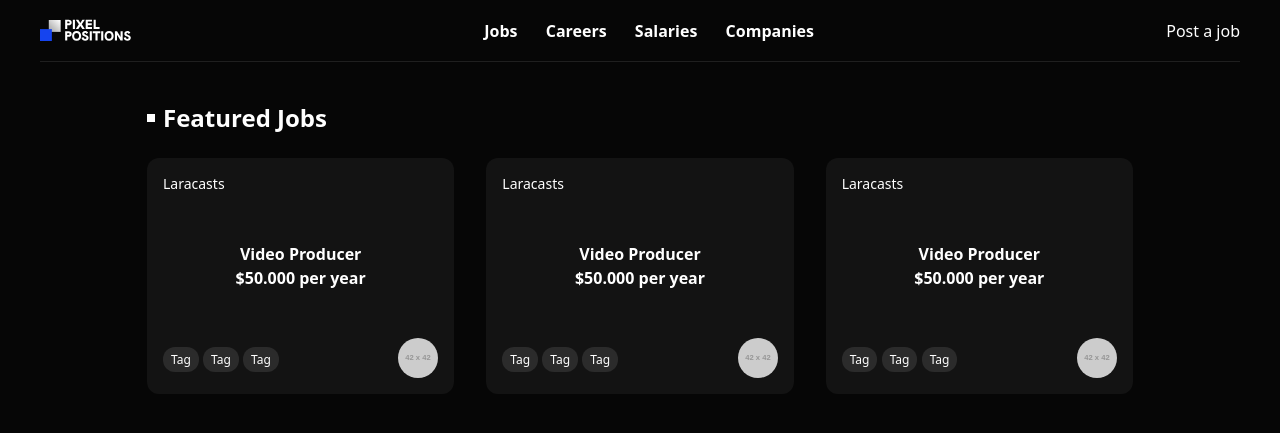
Repository: aggepap/pixel-positions-laravel
Page: http://localhost/
An editor plug-in stored every save of this project. The page is shown before and after the next save, followed by the edit.
The browser window is 1280 px wide. The pictures show the whole page.
The page is served by the project's Laravel application, run on PHP 8.4 with Laravel 12. Other server files are loaded and not shown. Style sheets and scripts are compiled from the project's sources, by tool versions that may differ from the author's.

Above is the page before, as saved 2025-02-21 20:46:22.

### resources/views/welcome.blade.php
<x-layout>
    <section>
      <x-section-heading>Featured Jobs</x-section-heading>
        <div class="grid lg:grid-cols-3 gap-8 mt-6">   <x-job-card />
            <x-job-card />
            <x-job-card />
        </div>

    </section>
</x-layout>

### resources/views/components/section-heading.blade.php
<div class="inline-flex items-center gap-2">
  <span class="w-2 h-2 bg-white inline-block"  ></span>
<h3 class="text-2xl font-bold">

  {{$slot}}</h3></div>

### resources/views/components/job-card.blade.php
<div class=" p-4 bg-white/5 rounded-xl flex flex-col gap-4 text-center">

  <div class="self-start text-sm">Laracasts</div>
  <div class="py-8 font-bold"><h3>Video Producer</h3>
  <p>$50.000 per year</p></div>
  <div class="flex justify-between items-center mt-auto">
      <div class="">
      <a href="#" class="bg-white/10 px-2 py-1 rounded-xl text-xs hover:bg-white/25 transition-colors duration-300">Tag</a>
      <a href="#" class="bg-white/10 px-2 py-1 rounded-xl text-xs hover:bg-white/25 transition-colors duration-300">Tag</a>
      <a href="#" class="bg-white/10 px-2 py-1 rounded-xl text-xs hover:bg-white/25 transition-colors duration-300">Tag</a>

  </div>
      <img src="https://placehold.co/42" alt="" class="w-10 h-10 rounded-full">
  </div>
</div>

### resources/views/components/layout.blade.php
<!DOCTYPE html>
<html lang="en">
<head>
  <meta charset="UTF-8">
  <meta name="viewport" content="width=device-width, initial-scale=1.0">
  <title>Pixel Positions</title>
  @vite(['resources/js/app.js', 'resources/css/app.css'])
</head>
<body class="bg-black text-white">
  <div class="px-10">
    <nav class="flex justify-between items-center py-4 border-b border-white/10">
      <div class="">
        <a href="/"> <img src="{{Vite::asset('resources/images/logo.svg')}}" alt="Logo"></a>

      </div>
      <div class="space-x-6 font-bold"><a href="#">Jobs</a>
      <a href="#">Careers</a>
      <a href="#">Salaries</a>
       <a href="#">Companies</a>
      </div>
      <div class=""><a href="#">Post a job</a></div>
    </nav>
    <main class="mt-10 max-w-[986px] mx-auto">{{$slot}}</main>
  </div>
</body>
</html>

### resources/images/logo.svg
<svg width="92" height="29" viewBox="0 0 92 29" fill="none" xmlns="http://www.w3.org/2000/svg">
    <path fill="url(#eq4u6l1jfa)" d="M8.787 4.021h11.877v11.877H8.787z"/>
    <path fill="#1544EF" d="M0 13.107h11.877v11.877H0z"/>
    <path d="M25.16 13V3.653h3.285c2.159 0 3.245.899 3.245 2.75 0 1.863-1.113 2.842-3.245 2.842H27.25V13H25.16zm2.091-5.686h.979c.858 0 1.354-.134 1.354-.885 0-.71-.429-.845-1.354-.845h-.979v1.73zM32.846 13V3.653h2.106V13h-2.106zm2.988 0 3.044-4.64-3.057-4.707h2.521L40.34 6.9l1.998-3.246h2.508L41.788 8.36 44.846 13h-2.521l-1.998-3.124L38.355 13h-2.52zm9.872 0V3.653h6.276v1.931h-4.17v1.61h3.969v1.944h-3.97v1.931h4.17V13h-6.275zm7.936 0V3.653h2.105v7.416h3.836V13h-5.941zM25.16 24.574v-9.347h3.285c2.159 0 3.245.898 3.245 2.75 0 1.863-1.113 2.842-3.245 2.842H27.25v3.755H25.16zm2.091-5.686h.979c.858 0 1.354-.134 1.354-.885 0-.71-.429-.845-1.354-.845h-.979v1.73zm9.367 5.927c-2.71 0-4.573-1.971-4.573-4.908 0-2.95 1.864-4.921 4.573-4.921 2.735 0 4.586 1.957 4.586 4.921 0 2.95-1.878 4.908-4.586 4.908zm0-2.011c1.515 0 2.467-1.113 2.467-2.897 0-1.797-.952-2.91-2.467-2.91-1.502 0-2.468 1.086-2.468 2.91 0 1.81.966 2.897 2.468 2.897zm8.63 1.97c-1.944 0-3.472-1.166-3.754-2.95l2.092-.522c.094 1.1.764 1.609 1.703 1.609.684 0 1.247-.335 1.247-1.046 0-.43-.429-.751-1.65-1.247-1.997-.805-2.721-1.542-2.721-2.977 0-1.556 1.22-2.655 3.057-2.655 1.3 0 2.347.603 2.95 1.81l-1.743 1.086c-.282-.684-.738-1.032-1.274-1.032-.483 0-.885.308-.885.75 0 .456.362.778 1.703 1.301 2.011.778 2.655 1.449 2.655 2.776 0 1.85-1.475 3.098-3.38 3.098zm4.478-.2v-9.347h2.106v9.347h-2.106zm5.724 0v-7.416h-2.736v-1.931h7.59v1.931h-2.722v7.416H55.45zm5.735 0v-9.347h2.105v9.347h-2.105zm7.91.241c-2.71 0-4.573-1.971-4.573-4.908 0-2.95 1.864-4.921 4.573-4.921 2.735 0 4.586 1.957 4.586 4.921 0 2.95-1.878 4.908-4.586 4.908zm0-2.011c1.515 0 2.467-1.113 2.467-2.897 0-1.797-.952-2.91-2.467-2.91-1.502 0-2.468 1.086-2.468 2.91 0 1.81.966 2.897 2.468 2.897zm11.487-7.577h2.105v9.347h-2.159l-3.513-5.726v5.726h-2.106v-9.347h2.146l3.527 5.7v-5.7zm6.848 9.548c-1.945 0-3.473-1.167-3.755-2.95l2.092-.523c.094 1.1.764 1.609 1.703 1.609.684 0 1.247-.335 1.247-1.046 0-.43-.429-.751-1.65-1.247-1.997-.805-2.721-1.542-2.721-2.977 0-1.556 1.22-2.655 3.057-2.655 1.3 0 2.347.603 2.95 1.81l-1.743 1.086c-.282-.684-.738-1.032-1.274-1.032-.483 0-.885.308-.885.75 0 .456.362.778 1.703 1.301 2.011.778 2.655 1.449 2.655 2.776 0 1.85-1.475 3.098-3.38 3.098z" fill="#fff"/>
    <defs>
        <linearGradient id="eq4u6l1jfa" x1="20.5" y1="4" x2="8" y2="16.5" gradientUnits="userSpaceOnUse">
            <stop stop-color="#fff"/>
            <stop offset="1" stop-color="#999"/>
        </linearGradient>
    </defs>
</svg>

### tailwind.config.js
import defaultTheme from "tailwindcss/defaultTheme";

/** @type {import('tailwindcss').Config} */
export default {
    content: [
        "./vendor/laravel/framework/src/Illuminate/Pagination/resources/views/*.blade.php",
        "./storage/framework/views/*.php",
        "./resources/**/*.blade.php",
        "./resources/**/*.js",
        "./resources/**/*.vue",
    ],
    theme: {
        extend: {
            fontFamily: {
                sans: ["Figtree", ...defaultTheme.fontFamily.sans],
            },
            colors: {
                black: "#060606",
            },
        },
    },
    plugins: [],
};

Loaded but not shown: app/Providers/AppServiceProvider.php (common file); routes/web.php (common file); resources/css/app.css (common file)

After the next save:
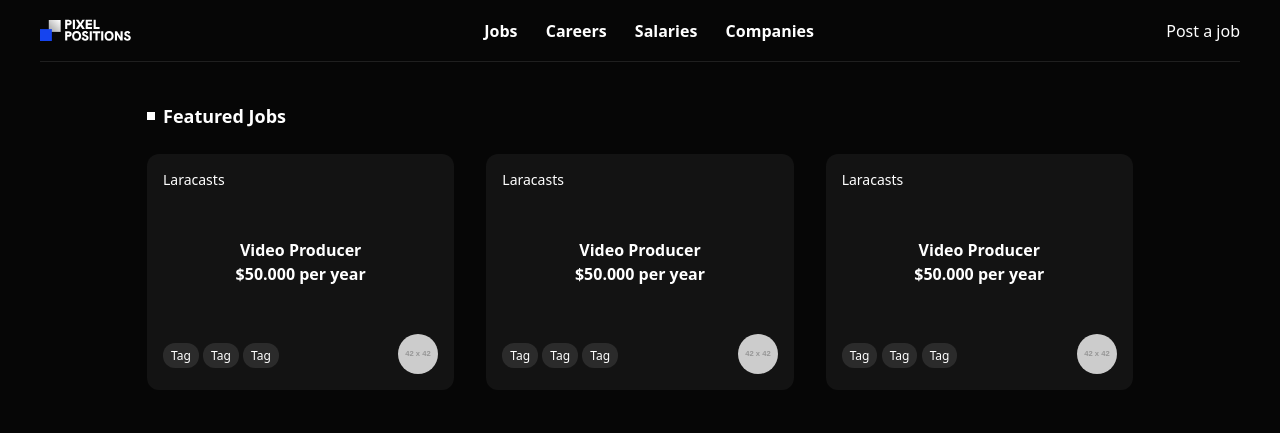
Saved 15 s later.
--- a/resources/views/components/section-heading.blade.php
+++ b/resources/views/components/section-heading.blade.php
@@ -1,5 +1,5 @@
 <div class="inline-flex items-center gap-2">
   <span class="w-2 h-2 bg-white inline-block"  ></span>
-<h3 class="text-2xl font-bold">
+<h3 class="text-lg font-bold">
 
   {{$slot}}</h3></div>
